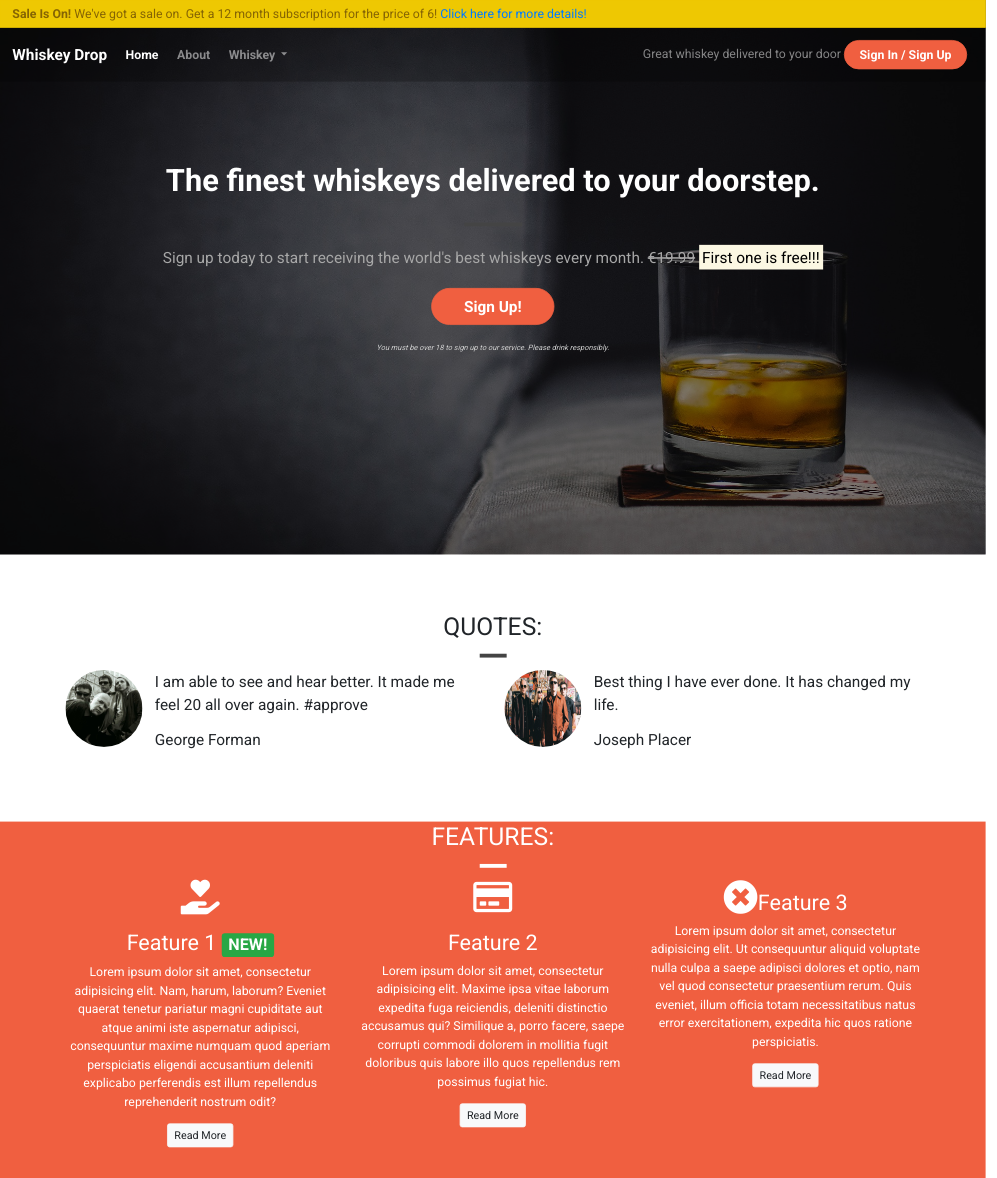
Repository: NamcorStudent/Dropdown-css
Page: bootstrap-whiskey/bootstrap.html
The author's editor kept a record of every edit. The page is drawn from the files as they stood at one moment, then again after the next edit.
The browser window is 1280 px wide. The page is 1295 px wide, so the pictures cover 1295 px, including what lies to the right of the window. The pictures show the whole page, at 77% of full size.
Backgrounds fixed to the window are drawn as part of the page. Some web libraries are served in a nearby version.

Above is the page before.
Console error: TypeError: Cannot read properties of undefined (reading 'fn')

After the next edit:
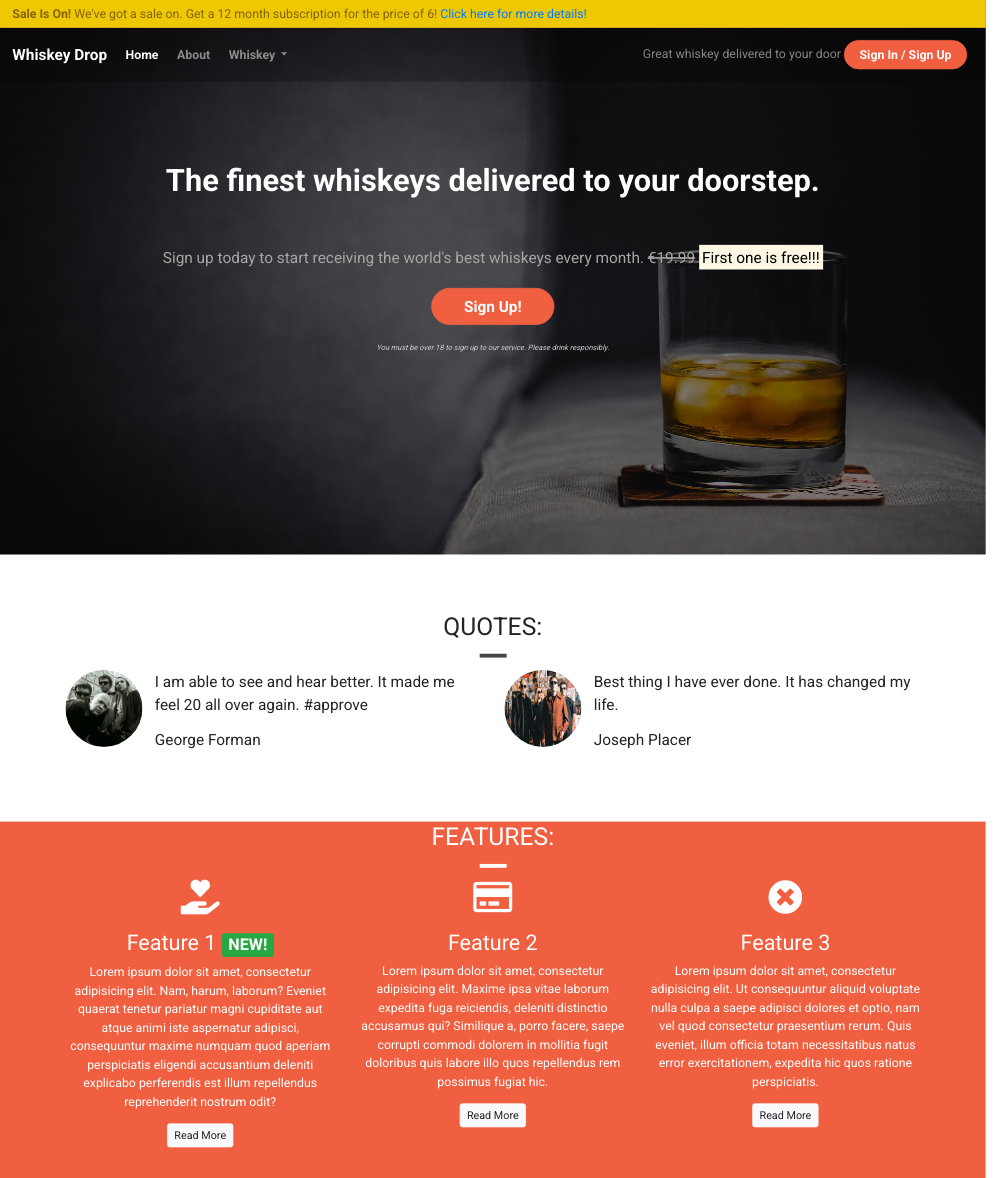
The edit:
--- a/bootstrap-whiskey/bootstrap.html
+++ b/bootstrap-whiskey/bootstrap.html
@@ -143,7 +143,7 @@
                     </div>
                     <div class="col-12 d-md-none d-lg-block col-lg-4">
                         <div class="feature">
-                            <h3><i class="fas fa-times-circle d-none d-sm-inline"></i>Feature 3</h3>
+                            <h3><i class="fas fa-times-circle d-none d-sm-block"></i>Feature 3</h3>
                             <p>Lorem ipsum dolor sit amet, consectetur adipisicing elit. Ut consequuntur aliquid voluptate nulla culpa a saepe adipisci dolores et optio, nam vel quod consectetur praesentium rerum. Quis eveniet, illum officia totam necessitatibus
                                 natus error exercitationem, expedita hic quos ratione perspiciatis.</p>
                             <p><a href="#" class="btn btn-sm btn-light">Read More</a></p>
